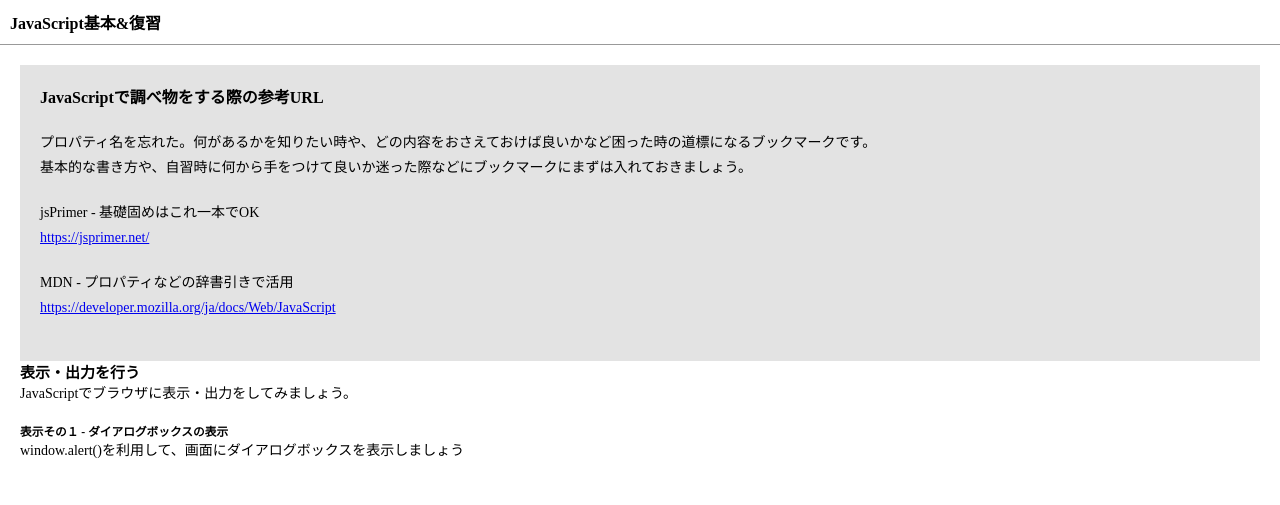
Repository: Yuto-Arakawa/study_js
Page: 01_basic/荒川/ara_basic01.html
An editor plug-in stored every save of this project. The page is shown before and after the next save, followed by the edit.
The browser window is 1280 px wide. The pictures show the whole page.

Above is the page before, as saved 2026-11-06 15:26:09.

### 01_basic/荒川/ara_basic01.html
<!DOCTYPE html>
<html lang="ja">
<head>
  <meta charset="utf-8">
  <meta name="viewport" content="width=device-width, initial-scale=1">
  <meta name="color-scheme" content="light">
  <meta name="format-detection" content="telephone=no">
  <meta name="description" content="ここに説明文を設定">
  <title>ara_basic01</title>

  <!-- 共有用 OGP / X(Twitter) -->
  <meta property="og:site_name" content="サイト名">
  <meta property="og:title" content="サイトタイトル">
  <meta property="og:description" content="サイト説明文">
  <meta property="og:type" content="website">
  <meta property="og:url" content="https://hoge.ecc.com/">
  <meta property="og:image" content="https://hoge.ecc.com/ogp.png">
  <meta name="twitter:card" content="summary_large_image">
  <meta name="twitter:site" content="@twitteraccount">

  <!-- 正規URL -->
  <link rel="canonical" href="URL">
	<!-- 多言語サイト用 -->
	<!-- <link rel="alternate" hreflang="ja" href="URL"> -->

  <!-- アイコン（SVG優先、ICOフォールバック、Apple Touch） -->
  <link rel="icon" type="image/svg+xml" href="favicon.svg">
  <link rel="alternate icon" href="favicon.ico">
  <link rel="apple-touch-icon" href="apple-touch-icon.png" sizes="180x180">

  <!-- テーマカラー（PWAでなくてもアドレスバー色に反映） -->
  <meta name="theme-color" content="#FFFFFF">

	<!-- スタイルの読み込み -->
    <link rel="stylesheet" href="css/ress.css">
    <link rel="stylesheet" href="css/basic01.css">

</head>
<body>
    <header>
        <h1>JavaScript基本&復習</h1>
    </header>
    <main>
        <div class="reference">
            <h2>JavaScriptで調べ物をする際の参考URL</h2>
                <p>
                    プロパティ名を忘れた。何があるかを知りたい時や、どの内容をおさえておけば良いかなど困った時の道標になるブックマークです。<br>
                    基本的な書き方や、自習時に何から手をつけて良いか迷った際などにブックマークにまずは入れておきましょう。
                </p>

                <p>
                    jsPrimer - 基礎固めはこれ一本でOK<br>
                    <a href="https://jsprimer.net/" target="_blank">https://jsprimer.net/</a>
                </p>
                <p>
                    MDN - プロパティなどの辞書引きで活用<br>
                    <a href="https://developer.mozilla.org/ja/docs/Web/JavaScript" target="_blank">https://developer.mozilla.org/ja/docs/Web/JavaScript</a>
                </p>
        </div>
            <h2>表示・出力を行う</h2>
                <p>JavaScriptでブラウザに表示・出力をしてみましょう。</p>
            <h3>表示その１ - ダイアログボックスの表示</h3>
                <p>window.alert()を利用して、画面にダイアログボックスを表示しましょう</p>
    </main>
</body>
</html>

### 01_basic/荒川/css/ress.css
/* resset.dev • v6.0.0 */

/* # =================================================================
   # Global selectors
   # ================================================================= */

html {
  box-sizing: border-box;
  -webkit-text-size-adjust: 100%; /* Prevent adjustments of font size after orientation changes in iOS */
  word-break: normal;
  -moz-tab-size: 4;
  tab-size: 4;
}

*,
::before,
::after {
  background-repeat: no-repeat; /* Set `background-repeat: no-repeat` to all elements and pseudo elements */
  box-sizing: inherit;
}

::before,
::after {
  text-decoration: inherit; /* Inherit text-decoration and vertical align to ::before and ::after pseudo elements */
  vertical-align: inherit;
}

* {
  padding: 0; /* Reset `padding` and `margin` of all elements */
  margin: 0;
}

/* # =================================================================
   # General elements
   # ================================================================= */

hr {
  overflow: visible; /* Show the overflow in Edge and IE */
  height: 0; /* Add the correct box sizing in Firefox */
  color: inherit; /* Correct border color in Firefox. */
}

details,
main {
  display: block; /* Render the `main` element consistently in IE. */
}

summary {
  display: list-item; /* Add the correct display in all browsers */
}

small {
  font-size: 80%; /* Set font-size to 80% in `small` elements */
}

[hidden] {
  display: none; /* Add the correct display in IE */
}

abbr[title] {
  border-bottom: none; /* Remove the bottom border in Chrome 57 */
  /* Add the correct text decoration in Chrome, Edge, IE, Opera, and Safari */
  text-decoration: underline;
  text-decoration: underline dotted;
}

a {
  background-color: transparent; /* Remove the gray background on active links in IE 10 */
}

a:active,
a:hover {
  outline-width: 0; /* Remove the outline when hovering in all browsers */
}

code,
kbd,
pre,
samp {
  font-family: monospace, monospace; /* Specify the font family of code elements */
}

pre {
  font-size: 1em; /* Correct the odd `em` font sizing in all browsers */
}

b,
strong {
  font-weight: bolder; /* Add the correct font weight in Chrome, Edge, and Safari */
}

/* https://gist.github.com/unruthless/413930 */
sub,
sup {
  font-size: 75%;
  line-height: 0;
  position: relative;
  vertical-align: baseline;
}

sub {
  bottom: -0.25em;
}

sup {
  top: -0.5em;
}

table {
  border-color: inherit; /* Correct border color in all Chrome, Edge, and Safari. */
  text-indent: 0; /* Remove text indentation in Chrome, Edge, and Safari */
}

iframe {
  border-style: none;
}

/* # =================================================================
   # Accessibility
   # ================================================================= */

/* Specify the progress cursor of updating elements */
[aria-busy='true'] {
  cursor: progress;
}

/* Specify the pointer cursor of trigger elements */
[aria-controls] {
  cursor: pointer;
}

/* # =================================================================
   # Forms
   # ================================================================= */

input {
  border-radius: 0;
}

[type='number']::-webkit-inner-spin-button,
[type='number']::-webkit-outer-spin-button {
  height: auto; /* Correct the cursor style of increment and decrement buttons in Chrome */
}

[type='search'] {
  -webkit-appearance: textfield; /* Correct the odd appearance in Chrome and Safari */
  outline-offset: -2px; /* Correct the outline style in Safari */
}

[type='search']::-webkit-search-decoration {
  -webkit-appearance: none; /* Remove the inner padding in Chrome and Safari on macOS */
}

textarea {
  overflow: auto; /* Internet Explorer 11+ */
  resize: vertical; /* Specify textarea resizability */
}

button,
input,
optgroup,
select,
textarea {
  font: inherit; /* Specify font inheritance of form elements */
}

optgroup {
  font-weight: bold; /* Restore the font weight unset by the previous rule */
}

button {
  overflow: visible; /* Address `overflow` set to `hidden` in IE 8/9/10/11 */
}

button,
select {
  text-transform: none; /* Firefox 40+, Internet Explorer 11- */
}

/* Apply cursor pointer to button elements */
button,
[type='button'],
[type='reset'],
[type='submit'],
[role='button'] {
  cursor: pointer;
}

/* Remove inner padding and border in Firefox 4+ */
button::-moz-focus-inner,
[type='button']::-moz-focus-inner,
[type='reset']::-moz-focus-inner,
[type='submit']::-moz-focus-inner {
  border-style: none;
  padding: 0;
}

/* Replace focus style removed in the border reset above */
button:-moz-focusring,
[type='button']::-moz-focus-inner,
[type='reset']::-moz-focus-inner,
[type='submit']::-moz-focus-inner {
  outline: 1px dotted ButtonText;
}

button,
html [type='button'], /* Prevent a WebKit bug where (2) destroys native `audio` and `video`controls in Android 4 */
[type='reset'],
[type='submit'] {
  -webkit-appearance: button; /* Correct the inability to style clickable types in iOS */
}

/* Remove the default button styling in all browsers */
button,
input,
select,
textarea {
  background-color: transparent;
  border-style: none;
}

a:focus,
button:focus,
input:focus,
select:focus,
textarea:focus {
  outline-width: 0;
}

/* Style select like a standard input */
select {
  -moz-appearance: none; /* Firefox 36+ */
  -webkit-appearance: none; /* Chrome 41+ */
}

select::-ms-expand {
  display: none; /* Internet Explorer 11+ */
}

select::-ms-value {
  color: currentColor; /* Internet Explorer 11+ */
}

legend {
  border: 0; /* Correct `color` not being inherited in IE 8/9/10/11 */
  color: inherit; /* Correct the color inheritance from `fieldset` elements in IE */
  display: table; /* Correct the text wrapping in Edge and IE */
  max-width: 100%; /* Correct the text wrapping in Edge and IE */
  white-space: normal; /* Correct the text wrapping in Edge and IE */
  max-width: 100%; /* Correct the text wrapping in Edge 18- and IE */
}

::-webkit-file-upload-button {
  /* Correct the inability to style clickable types in iOS and Safari */
  -webkit-appearance: button;
  color: inherit;
  font: inherit; /* Change font properties to `inherit` in Chrome and Safari */
}

/* Replace pointer cursor in disabled, not-editable, or otherwise inoperable elements */
[disabled],
[aria-disabled='true'] {
  cursor: default;
}

/* # =================================================================
   # Specify media element style
   # ================================================================= */

img {
  border-style: none; /* Remove border when inside `a` element in IE 8/9/10 */
}

/* Add the correct vertical alignment in Chrome, Firefox, and Opera */
progress {
  vertical-align: baseline;
}

### 01_basic/荒川/css/basic01.css
html{
    font-size: 62.5%;
}

header{
    padding: 1rem;
    border-bottom: solid 1px #999;
    font-size: 8px;
}

main{
    padding: 20px;
    p{
        font-size: 14px;
        margin-bottom: 20px;
    }
}

.reference{
    padding: 20px;
    height: 296px;
    background-color: #e3e3e3;
    line-height: 25px;
    h2{
        font-size: 16px;
        margin-bottom: 20px;
    }
}

.output{
    h2{
        font-size: 20px;
    }
}

After the next save:
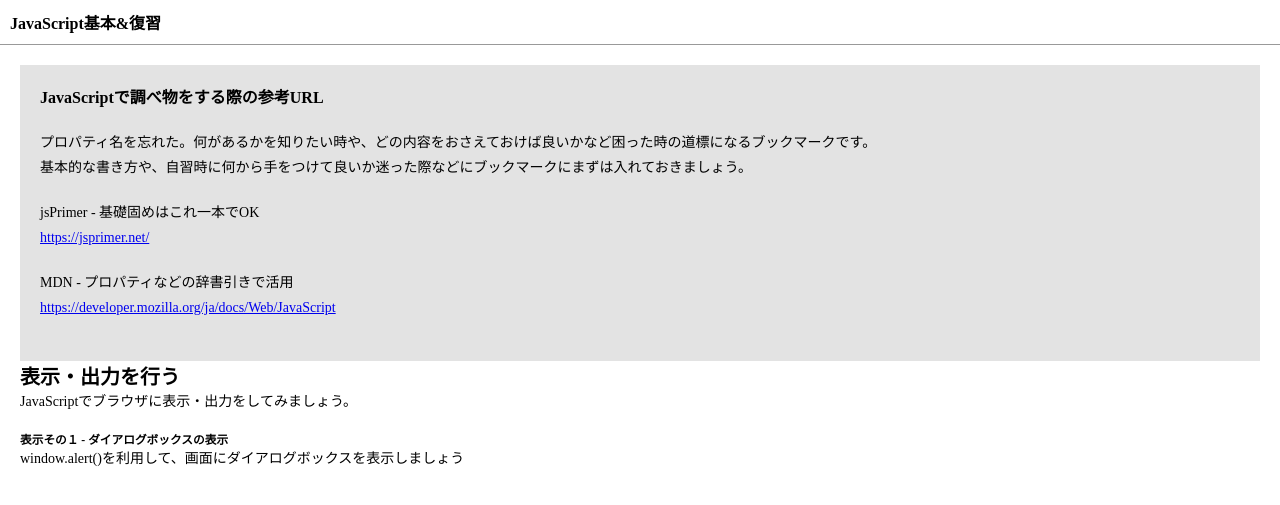
Saved 47 s later.
--- a/01_basic/荒川/ara_basic01.html
+++ b/01_basic/荒川/ara_basic01.html
@@ -57,8 +57,10 @@
                     <a href="https://developer.mozilla.org/ja/docs/Web/JavaScript" target="_blank">https://developer.mozilla.org/ja/docs/Web/JavaScript</a>
                 </p>
         </div>
+        <div class="output">
             <h2>表示・出力を行う</h2>
                 <p>JavaScriptでブラウザに表示・出力をしてみましょう。</p>
+        </div>
             <h3>表示その１ - ダイアログボックスの表示</h3>
                 <p>window.alert()を利用して、画面にダイアログボックスを表示しましょう</p>
     </main>
